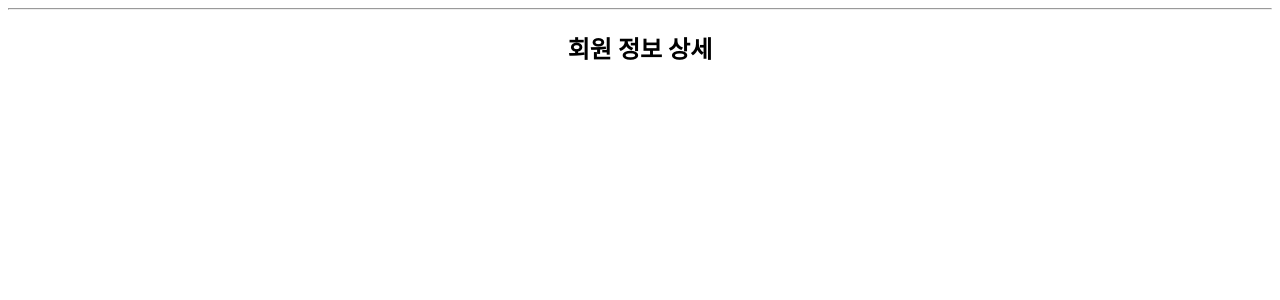
Repository: sunnny10/web-workspace
Page: http://localhost/Mission-Web/jsp/member/memberDetail.jsp
These files come from the project's save history. The page is drawn as it stood at one moment and after the next save; the edit follows.
The browser window is 1280 px wide. The pictures show the whole page.
The page is served by Tomcat 9. Other server files are loaded and not shown.

Above is the page before, as saved 2022-06-09 05:14:33.

### Mission-Web/src/main/webapp/jsp/member/memberDetail.jsp
<%@ page language="java" contentType="text/html; charset=UTF-8"
    pageEncoding="UTF-8"%>
<!DOCTYPE html>
<html>
<head>
<meta charset="UTF-8">
<title>Insert title here</title>
</head>
<body>
	<div align="center">
		<hr>
		<h2>회원 정보 상세</h2>
	</div>
</body>
</html>

After the next save:
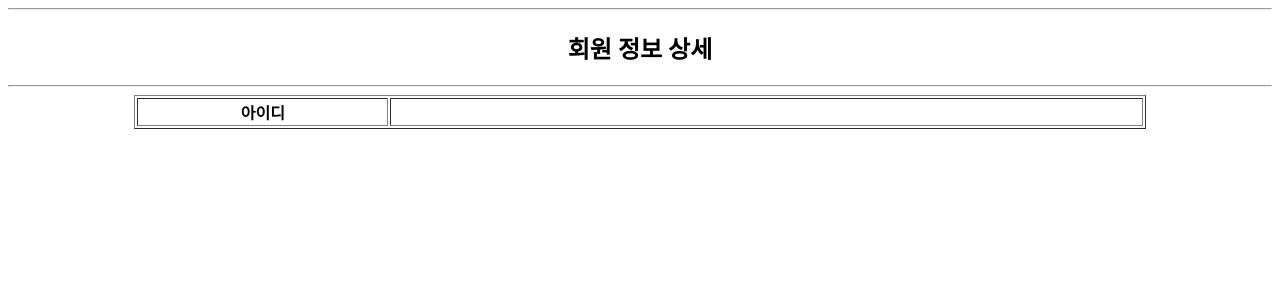
Saved 8 min 0 s later.
--- a/Mission-Web/src/main/webapp/jsp/member/memberDetail.jsp
+++ b/Mission-Web/src/main/webapp/jsp/member/memberDetail.jsp
@@ -10,6 +10,13 @@
 	<div align="center">
 		<hr>
 		<h2>회원 정보 상세</h2>
+		<hr>
+		<table border="1" style="width:80%">
+			<tr>
+				<th width="25%">아이디</th>
+				<td></td>
+			</tr>
+		</table>
 	</div>
 </body>
 </html>
